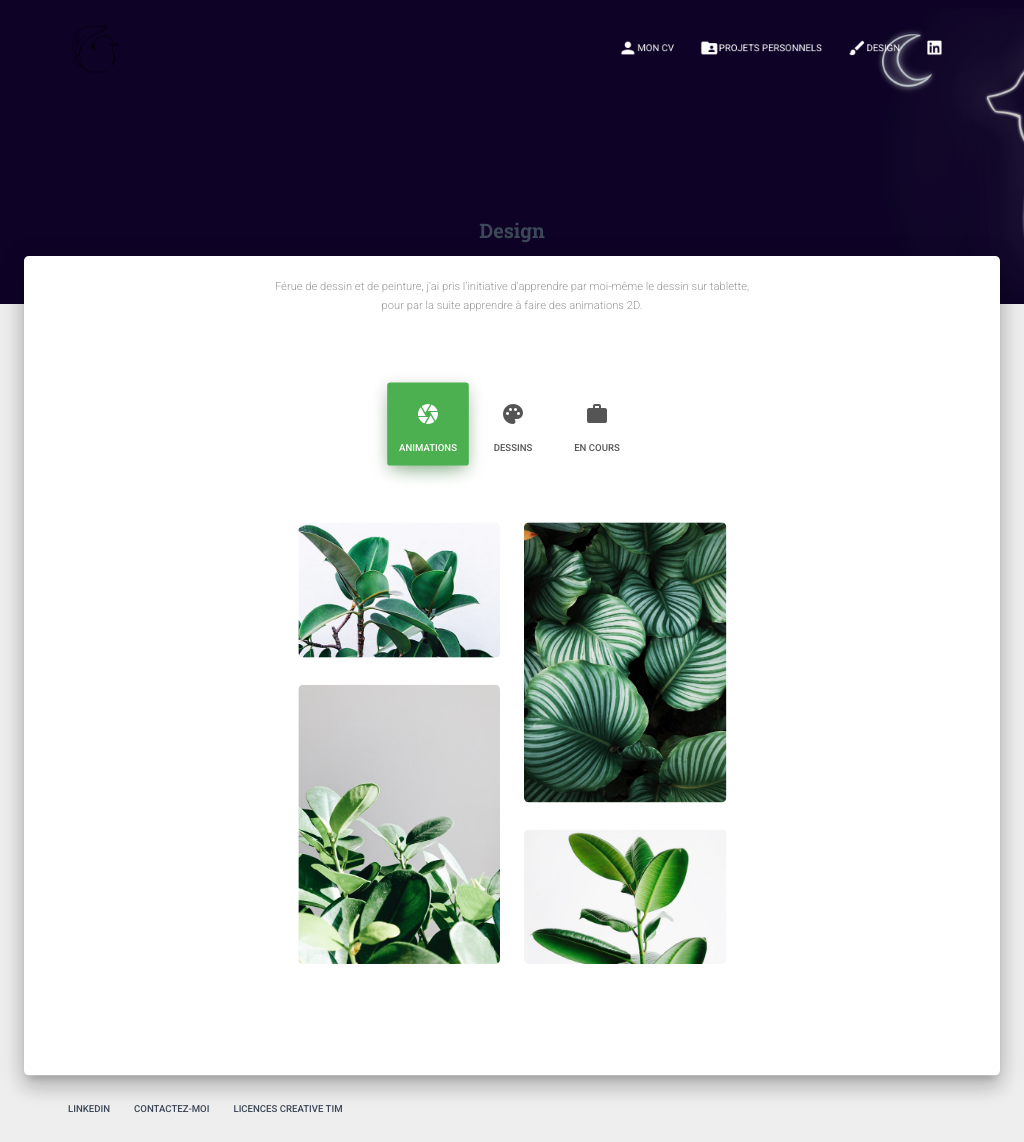
Repository: sdeschaepmeester/NewPortfolio
Page: /#/design
These files come from the project's save history. The page is drawn as it stood at one moment and after a run of saves; the edit follows.
The browser window is 1280 px wide. The pictures show the whole page, at 80% of full size.
Some web libraries are served in a nearby version. The project was rebuilt for these pictures with package versions that can differ from the ones it lists, and the page was loaded fresh each time. Also part of the build but not shown: vue.config.js, src/views/components/APropos.vue, src/views/components/NavigationSection.vue, src/views/components/SmallNavigationSection.vue, src/components/Dropdown.vue, src/components/Pagination.vue, src/components/Slider.vue, src/components/Badge.vue and 13 more.

Above is the page before, as saved 2022-07-08 13:27:57.

After the next 2 saves:
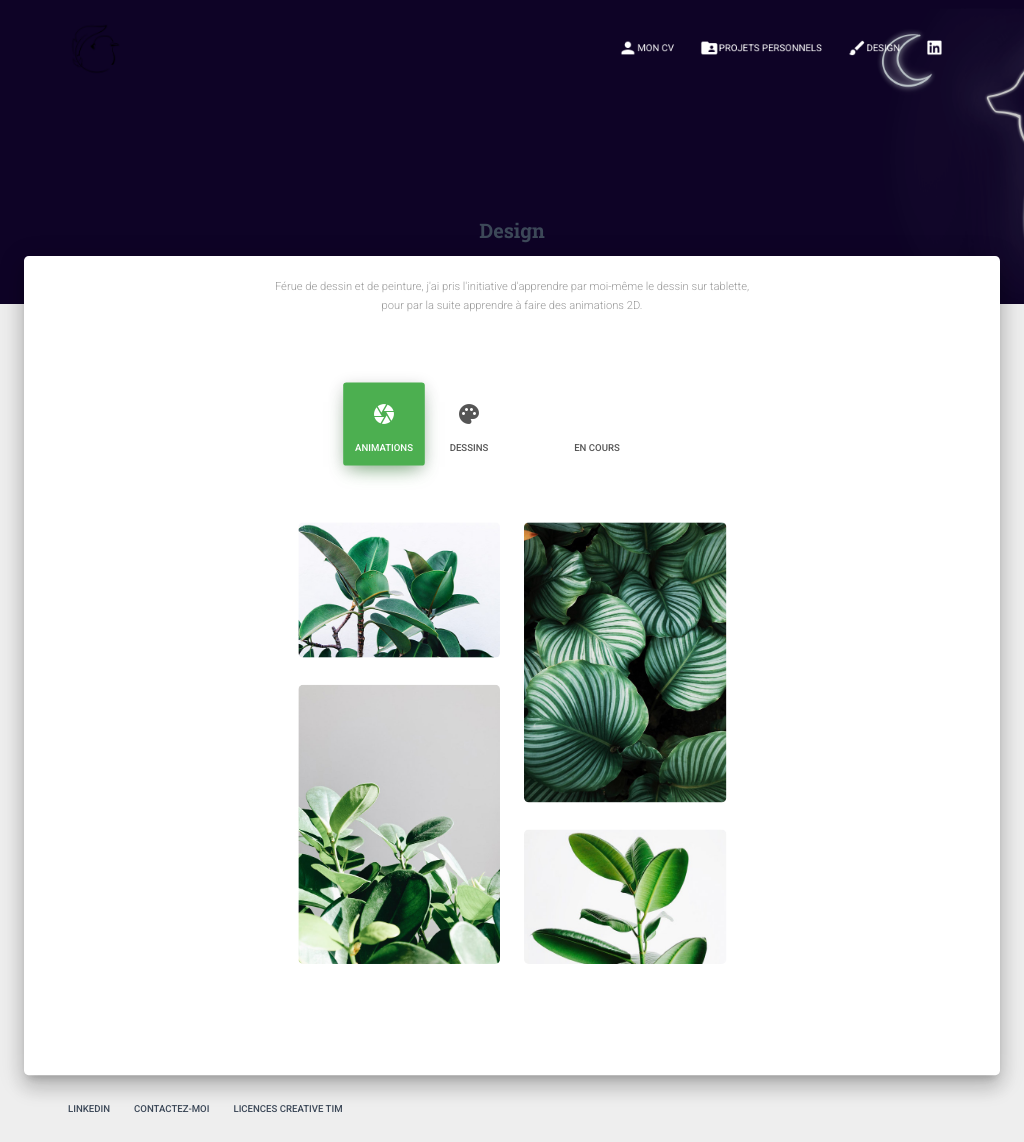
The 2 saves are shown as one change because they came seconds apart.
The last was saved 11 s later.
--- a/src/views/Design.vue
+++ b/src/views/Design.vue
@@ -26,7 +26,7 @@
           <div class="profile-tabs">
             <tabs
               :tab-name="['Animations', 'Dessins', 'En cours']"
-              :tab-icon="['camera', 'palette', 'work']"
+              :tab-icon="['camera', 'palette', 'pencil']"
               plain
               nav-pills-icons
               color-button="success"

After the save that followed:
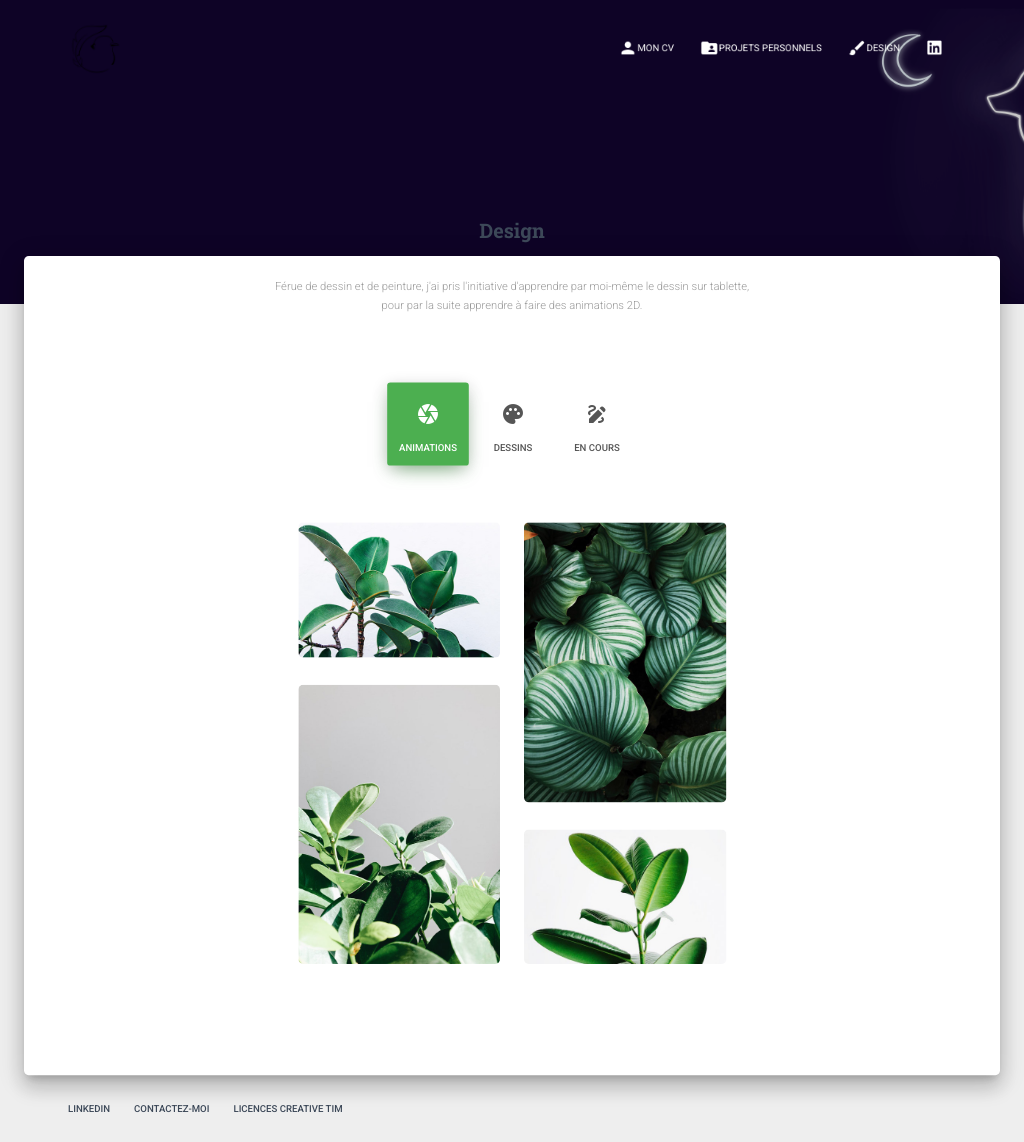
Saved 7 s later.
--- a/src/views/Design.vue
+++ b/src/views/Design.vue
@@ -26,7 +26,7 @@
           <div class="profile-tabs">
             <tabs
               :tab-name="['Animations', 'Dessins', 'En cours']"
-              :tab-icon="['camera', 'palette', 'pencil']"
+              :tab-icon="['camera', 'palette', 'draw']"
               plain
               nav-pills-icons
               color-button="success"
